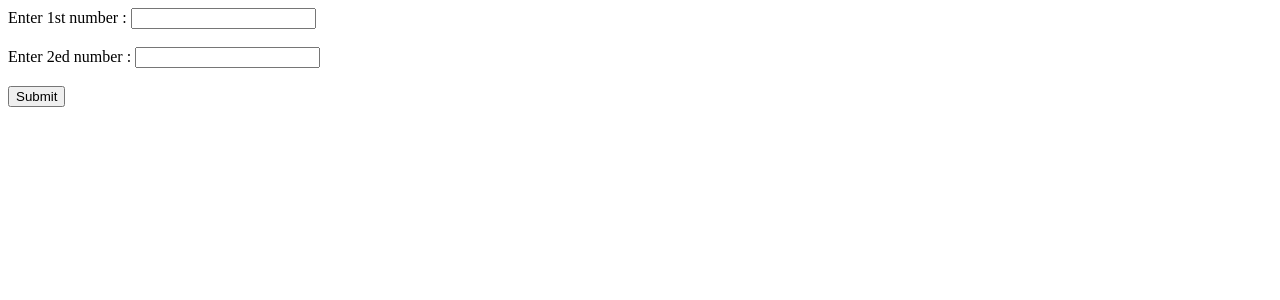
Repository: sandypatidar/my-all-java-code
Page: eclips/DemoApps/WebContent/index.html
These files come from the project's save history. The page is drawn as it stood at one moment and after the next save; the edit follows.
The browser window is 1280 px wide. The pictures show the whole page.

Above is the page before, as saved 2019-03-31 09:58:10.

After the next save:
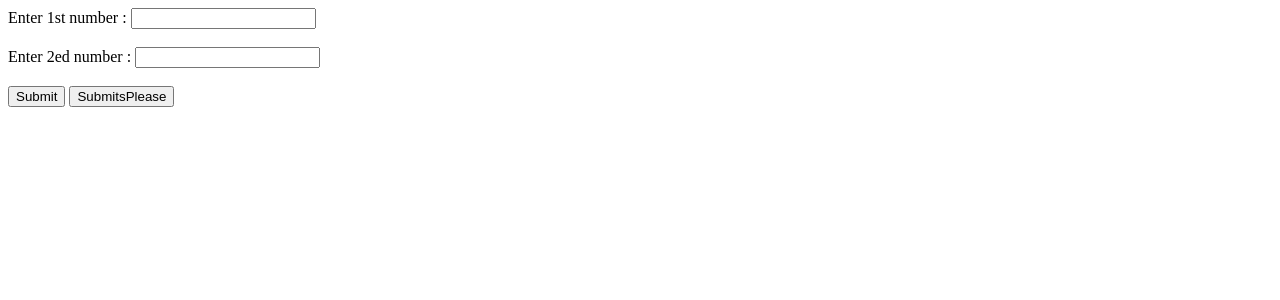
Saved 45 s later.
--- a/eclips/DemoApps/WebContent/index.html
+++ b/eclips/DemoApps/WebContent/index.html
@@ -6,6 +6,7 @@
 		Enter 1st number : <input type="text" name ="num1"><br><br>
 		Enter 2ed number : <input  type="text" name="num2"><br><br>
 		<input type="Submit" >
+		<button type = "Submit" >SubmitsPlease</button>
 	</form>
 </body>
 </html>
